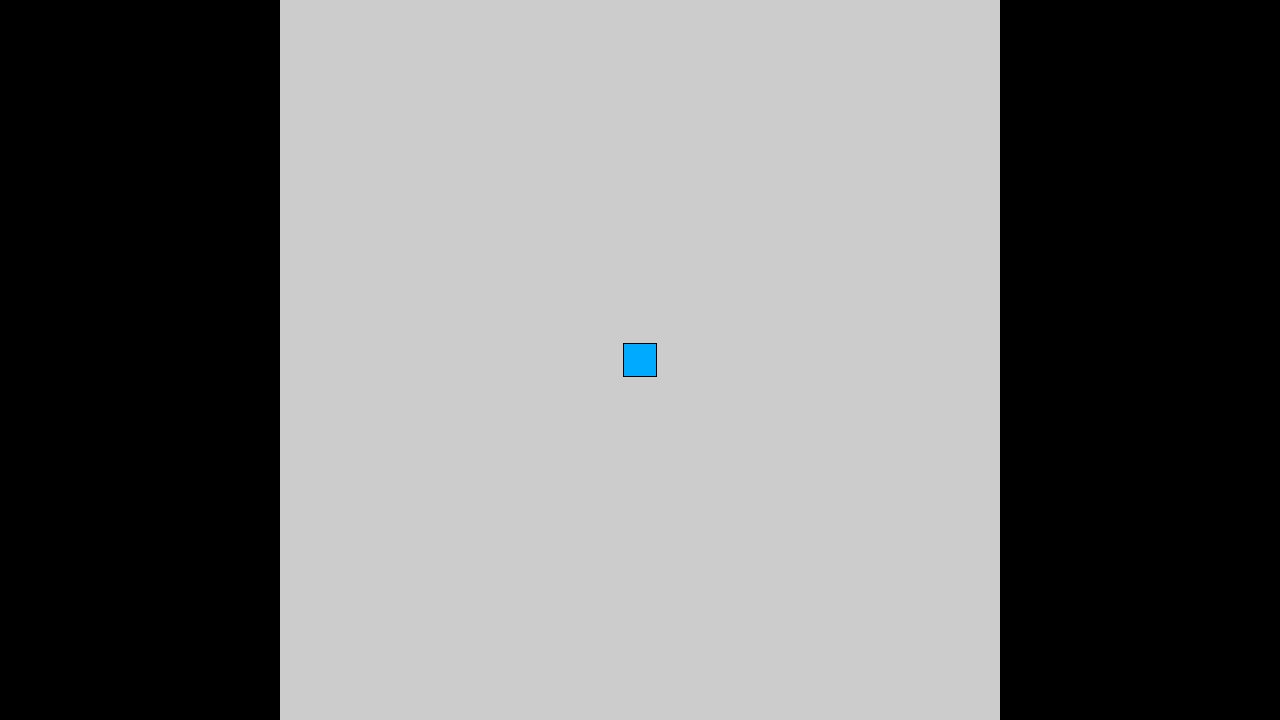
Repository: jinghuai8092/Snake_Game
Page: index.html
An editor plug-in stored every save of this project. The page is shown before and after the next save, followed by the edit.
The browser window is 1280 px wide. The pictures show the whole page.

Above is the page before, as saved 2021-11-16 14:12:58.

After the next save:
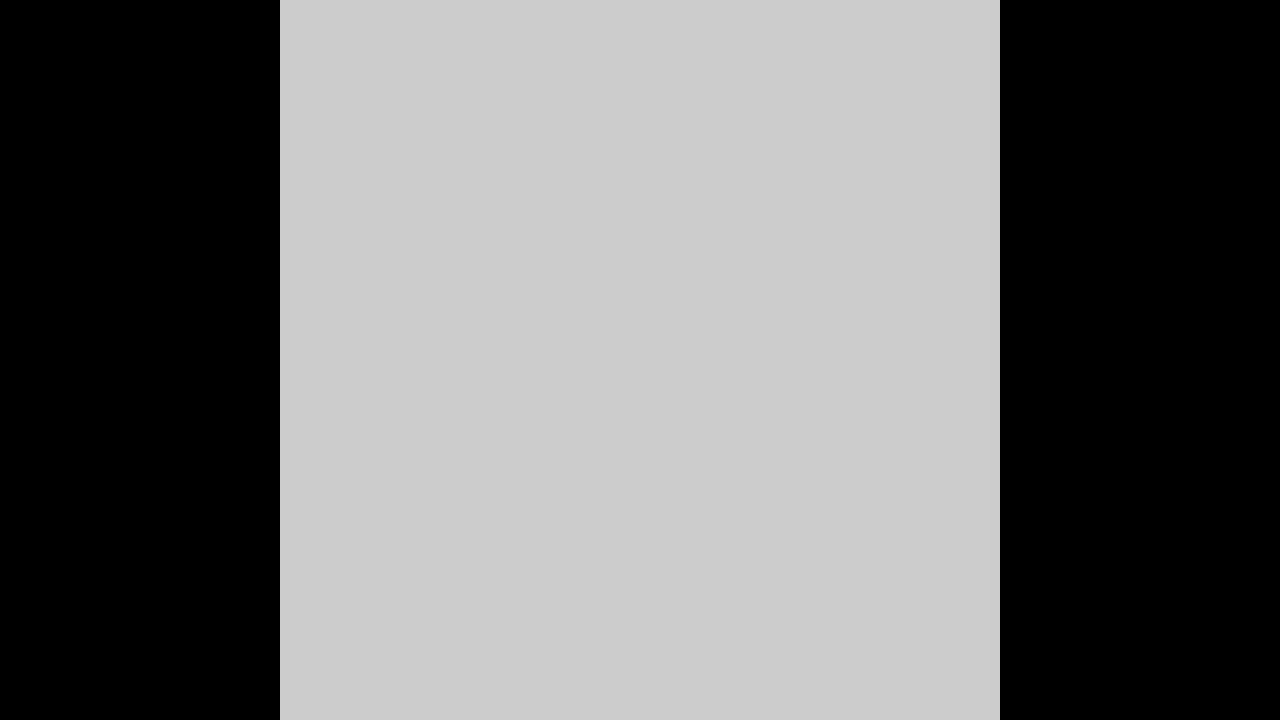
Console error: SyntaxError: Identifier 'SNAKE_SPEED' has already been declared
Saved 25 s later.
--- a/game.js
+++ b/game.js
@@ -1,4 +1,5 @@
 import {update as updateSnake ,draw as drawSnake,SNAKE_SPEED} from './snake.js'
+import {update as updatefood ,draw as drawfood,SNAKE_SPEED} from './food.js'
 
 let lastRenderTime=0
 const gameBoard=document.getElementById('game-board')

After the 2 saves that followed:
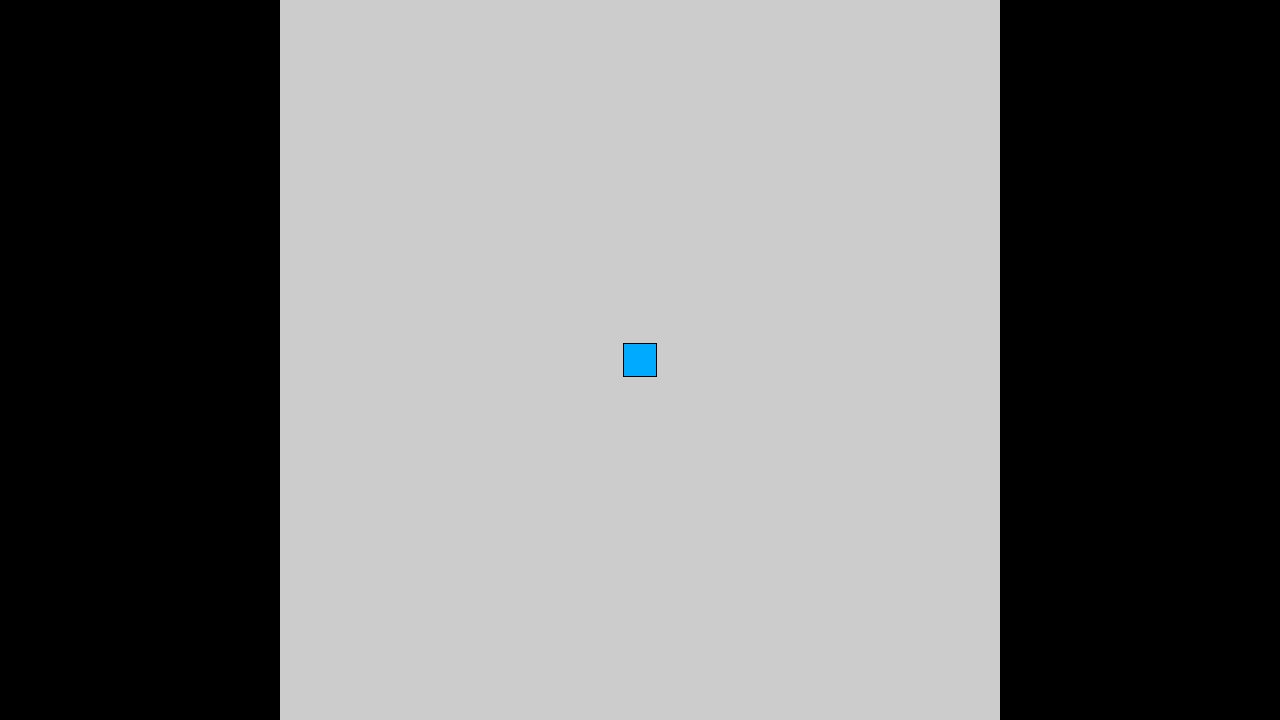
The error is gone.
The 2 saves are shown as one change because 1 left the picture as it was.
The last was saved 14 s later.
--- a/game.js
+++ b/game.js
@@ -1,5 +1,5 @@
 import {update as updateSnake ,draw as drawSnake,SNAKE_SPEED} from './snake.js'
-import {update as updatefood ,draw as drawfood,SNAKE_SPEED} from './food.js'
+import {update as updateFood ,draw as drawFood} from './food.js'
 
 let lastRenderTime=0
 const gameBoard=document.getElementById('game-board')
